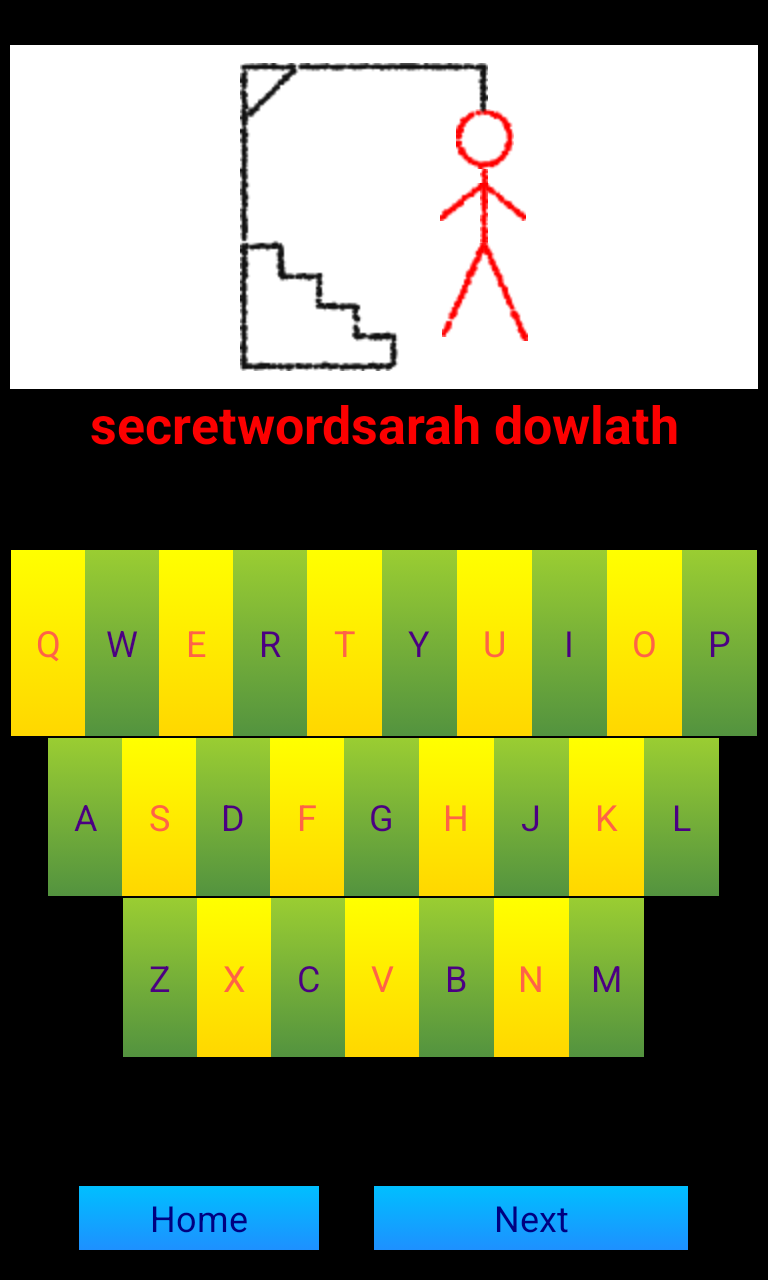
Repository: SarahDowlath/TriniHangman
Layout: workspace3/Trini-Hangman/res/layout/game.xml
An editor plug-in stored every save of this project. The layout is shown before and after the next save, followed by the edit.
It is drawn on a 768 x 1280 px phone screen (xhdpi) without system bars, with theme AppTheme; the app's code is not run.

Above is the layout before, as saved 2014-07-07 17:51:07.

### workspace3/Trini-Hangman/res/layout/game.xml
<LinearLayout xmlns:android="http://schemas.android.com/apk/res/android"
    xmlns:tools="http://schemas.android.com/tools"
    android:id="@+id/LinearLayoutFinal"
    android:layout_width="fill_parent"
    android:layout_height="wrap_content"
    android:layout_gravity="bottom"
    android:layout_marginBottom="0dp"
    android:background="#FF000000"
    android:gravity="center"
    android:orientation="vertical"
    android:padding="5dp"
    android:paddingBottom="@dimen/activity_vertical_margin"
    android:paddingLeft="@dimen/activity_horizontal_margin"
    android:paddingRight="@dimen/activity_horizontal_margin"
    android:paddingTop="@dimen/activity_vertical_margin" >


    <TextView
        android:id="@+id/textLevel"
        android:layout_weight = "0.5"
        android:layout_height="2dp"
        android:layout_width="fill_parent"
        android:gravity="center"
        android:text=""
        android:textSize = "20sp"
        android:textColor = "#ffff"
        android:textStyle = "bold" />

    <RelativeLayout
        android:id="@+id/hangmanGallows"
        android:layout_width="match_parent"
        android:layout_height="172dp"
        android:background="#FFFFFF"
        android:gravity="center"
        android:visibility="visible" >

        <ImageView
            android:id="@+id/imageView2"
            android:layout_width="wrap_content"
            android:layout_height="wrap_content"
            android:contentDescription="@string/gallows"
            android:paddingLeft="0dp"
            android:paddingTop="0dp"
            android:src="@drawable/android_hangman_gallows" />



        <ImageView
            android:id="@+id/body"
            android:layout_width="wrap_content"
            android:layout_height="wrap_content"
            android:contentDescription="@string/body"
            android:paddingLeft="120dp"
            android:paddingTop="53dp"
            android:src="@drawable/android_hangman_body" />

        <ImageView
            android:id="@+id/arm1"
            android:layout_width="wrap_content"
            android:layout_height="wrap_content"
            android:contentDescription="@string/arm"
            android:paddingLeft="100dp"
            android:paddingTop="60dp"
            android:src="@drawable/android_hangman_arm1" />

        <ImageView
            android:id="@+id/arm2"
            android:layout_width="wrap_content"
            android:layout_height="wrap_content"
            android:contentDescription="@string/arm"
            android:paddingLeft="120dp"
            android:paddingTop="60dp"
            android:src="@drawable/android_hangman_arm2" />

        <ImageView
            android:id="@+id/leg1"
            android:layout_width="wrap_content"
            android:layout_height="wrap_content"
            android:contentDescription="@string/leg"
            android:paddingLeft="101dp"
            android:paddingTop="90dp"
            android:src="@drawable/android_hangman_leg1" />

        <ImageView
            android:id="@+id/leg2"
            android:layout_width="wrap_content"
            android:layout_height="wrap_content"
            android:contentDescription="@string/leg"
            android:paddingLeft="121dp"
            android:paddingTop="90dp"
            android:src="@drawable/android_hangman_leg2" />

        <ImageView
            android:id="@+id/head"
            android:layout_width="wrap_content"
            android:layout_height="wrap_content"
            android:layout_alignLeft="@+id/imageView2"
            android:layout_alignTop="@+id/imageView2"
            android:layout_weight="1"
            android:contentDescription="@string/head"
            android:paddingLeft="108dp"
            android:paddingTop="23dp"
            android:src="@drawable/android_hangman_head" />

    </RelativeLayout>

    <LinearLayout
        android:id="@+id/secretWord"
        android:layout_width="400sp"
        android:layout_height="80sp" >

        <TextView
            android:id="@+id/secretWord"
            android:layout_width="fill_parent"
            android:layout_height="wrap_content"
            android:gravity="center"
            android:text="secretwordsarah dowlath"
            android:textColor="#FC0000"
            android:textSize="26sp"
            android:textStyle="bold" />
    </LinearLayout>

         <LinearLayout
             android:id="@+id/letterLayout1"
             android:layout_width="match_parent"
             android:layout_height="wrap_content"
             android:layout_weight="1.45"
             android:gravity="center_horizontal"
             android:orientation="horizontal"
             android:padding="0.5dp"
             android:textSize="22sp"
             android:weightSum="10" >

        <Button
            android:id="@+id/buttonQ"
            android:layout_width="0dp"
            android:layout_height="fill_parent"
            android:layout_weight="1"
            android:background="@drawable/buttonletterstyle"
            android:onClick="clickLetter"
            android:text="@string/button_letter_q"
            android:textColor="@drawable/lettercolor" />


         <Button
            android:id="@+id/buttonW"
            android:layout_weight="1"
            android:layout_height="fill_parent"
            android:layout_width="0dp"
            android:onClick="clickLetter"
            android:text="@string/button_letter_w"
            android:background="@drawable/buttonletterstyle1"
            android:textColor = "@drawable/lettercolor1"
         />


         <Button
            android:id="@+id/buttonE"
            android:layout_weight="1"
            android:layout_height="fill_parent"
            android:layout_width="0dp"
            android:onClick="clickLetter"
            android:text="@string/button_letter_e"
            android:background="@drawable/buttonletterstyle"
            android:textColor = "@drawable/lettercolor"
         />

         <Button
            android:id="@+id/buttonR"
            android:layout_weight="1"
            android:layout_height="fill_parent"
            android:layout_width="0dp"
            android:onClick="clickLetter"
            android:text="@string/button_letter_r"
            android:background="@drawable/buttonletterstyle1"
            android:textColor = "@drawable/lettercolor1"
         />

         <Button
            android:id="@+id/buttonT"
            android:layout_weight="1"
            android:layout_height="fill_parent"
            android:layout_width="0dp"
            android:onClick="clickLetter"
            android:text="@string/button_letter_t"
            android:background="@drawable/buttonletterstyle"
            android:textColor = "@drawable/lettercolor"
         />

         <Button
            android:id="@+id/buttonY"
            android:layout_weight="1"
            android:layout_height="fill_parent"
            android:layout_width="0dp"
            android:onClick="clickLetter"
            android:text="@string/button_letter_y"
            android:background="@drawable/buttonletterstyle1"
            android:textColor = "@drawable/lettercolor1"
         />

         <Button
            android:id="@+id/buttonU"
            android:layout_weight="1"
            android:layout_height="fill_parent"
            android:layout_width="0dp"
            android:onClick="clickLetter"
            android:text="@string/button_letter_u"
            android:background="@drawable/buttonletterstyle"
            android:textColor = "@drawable/lettercolor"
         />


         <Button
            android:id="@+id/buttonI"
            android:layout_weight="1"
            android:layout_height="fill_parent"
            android:layout_width="0dp"
            android:onClick="clickLetter"
            android:text="@string/button_letter_i"
            android:background="@drawable/buttonletterstyle1"
            android:textColor = "@drawable/lettercolor1"
         />


         <Button
            android:id="@+id/buttonO"
            android:layout_weight="1"
            android:layout_height="fill_parent"
            android:layout_width="0dp"
            android:onClick="clickLetter"
            android:text="@string/button_letter_o"
            android:background="@drawable/buttonletterstyle"
            android:textColor = "@drawable/lettercolor"
         />

         <Button
            android:id="@+id/buttonP"
            android:layout_weight="1"
            android:layout_height="fill_parent"
            android:layout_width="0dp"
            android:onClick="clickLetter"
            android:text="@string/button_letter_p"
            android:background="@drawable/buttonletterstyle1"
            android:textColor = "@drawable/lettercolor1"
         />
    </LinearLayout>

    <LinearLayout
        android:id="@+id/letterLayout2"
        android:layout_width="fill_parent"
        android:layout_height="wrap_content"
        android:layout_weight="1"
        android:gravity="center_horizontal"
        android:orientation="horizontal"
        android:padding="0.5dp"
        android:textSize="22sp"
        android:weightSum="10" >

        <Button
            android:id="@+id/buttonA"
            android:layout_weight="1"
            android:layout_height="fill_parent"
            android:layout_width="0dp"
            android:onClick="clickLetter"
            android:text="@string/button_letter_a"
            android:background="@drawable/buttonletterstyle1"
            android:textColor = "@drawable/lettercolor1"
         />

         <Button
             android:id="@+id/buttonS"
             android:layout_width="0dp"
             android:layout_height="fill_parent"
             android:layout_weight="1"
             android:background="@drawable/buttonletterstyle"
             android:onClick="clickLetter"
             android:text="@string/button_letter_s"
             android:textColor="@drawable/lettercolor" />

         <Button
            android:id="@+id/buttonD"
            android:layout_weight="1"
            android:layout_height="fill_parent"
            android:layout_width="0dp"
            android:onClick="clickLetter"
            android:text="@string/button_letter_d"
            android:background="@drawable/buttonletterstyle1"
            android:textColor = "@drawable/lettercolor1"
         />

         <Button
            android:id="@+id/buttonF"
            android:layout_weight="1"
            android:layout_height="fill_parent"
            android:layout_width="0dp"
            android:onClick="clickLetter"
            android:text="@string/button_letter_f"
            android:background="@drawable/buttonletterstyle"
            android:textColor = "@drawable/lettercolor"
         />

         <Button
            android:id="@+id/buttonG"
            android:layout_weight="1"
            android:layout_height="fill_parent"
            android:layout_width="0dp"
            android:onClick="clickLetter"
            android:text="@string/button_letter_g"
            android:background="@drawable/buttonletterstyle1"
            android:textColor = "@drawable/lettercolor1"
         />

         <Button
            android:id="@+id/buttonH"
            android:layout_weight="1"
            android:layout_height="fill_parent"
            android:layout_width="0dp"
            android:onClick="clickLetter"
            android:text="@string/button_letter_h"
            android:background="@drawable/buttonletterstyle"
            android:textColor = "@drawable/lettercolor"
         />

         <Button
            android:id="@+id/buttonJ"
            android:layout_weight="1"
            android:layout_height="fill_parent"
            android:layout_width="0dp"
            android:onClick="clickLetter"
            android:text="@string/button_letter_j"
            android:background="@drawable/buttonletterstyle1"
            android:textColor = "@drawable/lettercolor1"
         />

         <Button
            android:id="@+id/buttonK"
            android:layout_weight="1"
            android:layout_height="fill_parent"
            android:layout_width="0dp"
            android:onClick="clickLetter"
            android:text="@string/button_letter_k"
            android:background="@drawable/buttonletterstyle"
            android:textColor = "@drawable/lettercolor"
         />

         <Button
            android:id="@+id/buttonL"
            android:layout_weight="1"
            android:layout_height="fill_parent"
            android:layout_width="0dp"
            android:onClick="clickLetter"
            android:text="@string/button_letter_l"
            android:background="@drawable/buttonletterstyle1"
            android:textColor = "@drawable/lettercolor1"
         />
    </LinearLayout>

    <LinearLayout
        android:id="@+id/letterLayout3"
        android:layout_width="fill_parent"
        android:layout_height="wrap_content"
        android:layout_weight="1"
        android:gravity="center_horizontal"
        android:orientation="horizontal"
        android:padding="0.5dp"
        android:textSize="22sp"
        android:weightSum="10" >

        <Button
            android:id="@+id/buttonZ"
            android:layout_weight="1"
            android:layout_height="fill_parent"
            android:layout_width="0dp"
            android:onClick="clickLetter"
            android:text="@string/button_letter_z"
            android:background="@drawable/buttonletterstyle1"
            android:textColor = "@drawable/lettercolor1"
         />
         <Button
            android:id="@+id/buttonX"
            android:layout_weight="1"
            android:layout_height="fill_parent"
            android:layout_width="0dp"
            android:onClick="clickLetter"
            android:text="@string/button_letter_x"
            android:background="@drawable/buttonletterstyle"
            android:textColor = "@drawable/lettercolor"
         />

         <Button
            android:id="@+id/buttonC"
            android:layout_weight="1"
            android:layout_height="fill_parent"
            android:layout_width="0dp"
            android:onClick="clickLetter"
            android:text="@string/button_letter_c"
            android:background="@drawable/buttonletterstyle1"
            android:textColor = "@drawable/lettercolor1"
         />

         <Button
            android:id="@+id/buttonV"
            android:layout_weight="1"
            android:layout_height="fill_parent"
            android:layout_width="0dp"
            android:onClick="clickLetter"
            android:text="@string/button_letter_v"
            android:background="@drawable/buttonletterstyle"
            android:textColor = "@drawable/lettercolor"
         />

         <Button
            android:id="@+id/buttonB"
            android:layout_weight="1"
            android:layout_height="fill_parent"
            android:layout_width="0dp"
            android:onClick="clickLetter"
            android:text="@string/button_letter_b"
            android:background="@drawable/buttonletterstyle1"
            android:textColor = "@drawable/lettercolor1"
         />

         <Button
            android:id="@+id/buttonN"
            android:layout_weight="1"
            android:layout_height="fill_parent"
            android:layout_width="0dp"
            android:onClick="clickLetter"
            android:text="@string/button_letter_n"
            android:background="@drawable/buttonletterstyle"
            android:textColor = "@drawable/lettercolor"
         />

         <Button
            android:id="@+id/buttonM"
            android:layout_weight="1"
            android:layout_height="fill_parent"
            android:layout_width="0dp"
            android:onClick="clickLetter"
            android:text="@string/button_letter_m"
            android:background="@drawable/buttonletterstyle1"
            android:textColor = "@drawable/lettercolor1"
         />

    </LinearLayout>

    <LinearLayout
        android:id="@+id/FinalLayout"
        android:layout_width="match_parent"
        android:layout_height="80dp"
        android:layout_marginBottom="2dp"
        android:layout_weight="0.75"
        android:gravity="center_horizontal"
        android:orientation="horizontal"
        android:padding="2dp"
        android:textSize="14sp"
        android:weightSum="7" >

        <Button
            android:id="@+id/buttonHome"
            android:layout_width="120dp"
            android:layout_height="32dp"
            android:layout_gravity="bottom"
            android:layout_marginBottom="3dp"
            android:background="@drawable/buttonnextonestyle"
            android:onClick="goHome"
            android:text="@string/button_go_home"
            android:textColor="@drawable/nextonecolor" />

        <TextView
            android:layout_width="0dp"
            android:layout_height="0dp"
            android:layout_weight="1.5" />

        <Button
            android:id="@+id/buttonNext"
            android:layout_width="120dp"
            android:layout_height="32dp"
            android:layout_gravity="bottom"
            android:layout_marginBottom="3dp"
            android:layout_weight="2"
            android:background="@drawable/buttonnextonestyle"
            android:onClick="nextOne"
            android:text="@string/button_next"
            android:textColor="@drawable/nextonecolor" />

    </LinearLayout>

</LinearLayout>

### workspace3/Trini-Hangman/res/drawable/buttonletterstyle.xml
<?xml version="1.0" encoding="utf-8"?>
<selector xmlns:android="http://schemas.android.com/apk/res/android">
    <item android:state_pressed="true" >
        <shape>
            <solid
                android:color="#FFD700"/>
        </shape>
    </item> <!-- pressed -->
    <item android:state_enabled="false" >
        <shape>
            <solid
                android:color= "#708090"/>
        </shape>
    </item> <!-- disabled -->
    <item>
        <shape>
            <gradient
                android:startColor="#FFFF00"
                android:endColor="#FFD700"
                android:angle="270" />
        </shape>
    </item> <!-- default -->
</selector>

### workspace3/Trini-Hangman/res/drawable/lettercolor.xml
<?xml version="1.0" encoding="utf-8"?>
<selector xmlns:android="http://schemas.android.com/apk/res/android">
    <item android:state_pressed="true" android:color = "#FFFC0000" /> <!-- pressed -->
    <item android:state_enabled="false" android:color="#FFC0C0C0" />
    <item android:color="#FFFF6347"/>
</selector>

### workspace3/Trini-Hangman/res/drawable/buttonletterstyle1.xml
<?xml version="1.0" encoding="utf-8"?>
<selector xmlns:android="http://schemas.android.com/apk/res/android">
    <item android:state_pressed="true" >
        <shape>
            <solid
                android:color="#53933f"/>
        </shape>
    </item> <!-- pressed -->
    <item android:state_enabled="false" >
        <shape>
            <solid
                android:color= "#708090"/>
        </shape>
    </item> <!-- disabled -->
    <item>
        <shape>
            <gradient
                android:startColor="#9ACD32"
                android:endColor="#53933f"
                android:angle="270" />
        </shape>
    </item> <!-- default -->
</selector>

### workspace3/Trini-Hangman/res/drawable/lettercolor1.xml
<?xml version="1.0" encoding="utf-8"?>
<selector xmlns:android="http://schemas.android.com/apk/res/android">
    <item android:state_pressed="true" android:color = "#FFFC0000" /> <!-- pressed -->
    <item android:state_enabled="false" android:color="#FFC0C0C0" />
    <item android:color="#FF4B0082"/>
</selector>

### workspace3/Trini-Hangman/res/drawable/buttonnextonestyle.xml
<?xml version="1.0" encoding="utf-8"?>
<selector xmlns:android="http://schemas.android.com/apk/res/android">
    <item android:state_pressed="true" >
        <shape>
            <solid
                android:color="#1E90FF"/>
        </shape>
    </item> <!-- pressed -->
    <item android:state_enabled="false" >
        <shape>
            <solid
                android:color= "#708090"/>
        </shape>
    </item> <!-- disabled -->
    <item>
        <shape>
            <gradient
                android:startColor= "#00BFFF"
                android:endColor="#1E90FF"
                android:angle="270" />
        </shape>
    </item> <!-- default -->
</selector>

### workspace3/Trini-Hangman/res/drawable/nextonecolor.xml
<?xml version="1.0" encoding="utf-8"?>
<selector xmlns:android="http://schemas.android.com/apk/res/android">
    <item android:state_pressed="true" android:color = "#FFF0F8FF" /> <!-- pressed -->
    <item android:state_enabled="false" android:color="#FFC0C0C0" />
    <item android:color="#FF000080"	/>
</selector>

Loaded but not shown: workspace3/Trini-Hangman/res/values/styles.xml (common file); workspace3/Trini-Hangman/res/values-v11/styles.xml (common file); workspace3/Trini-Hangman/res/values-v14/styles.xml (common file); workspace3/Trini-Hangman/res/values/dimens.xml (common file); workspace3/Trini-Hangman/res/values-w820dp/dimens.xml (common file); workspace3/Trini-Hangman/res/values/strings.xml (66 lines, source omitted)

After the next save:
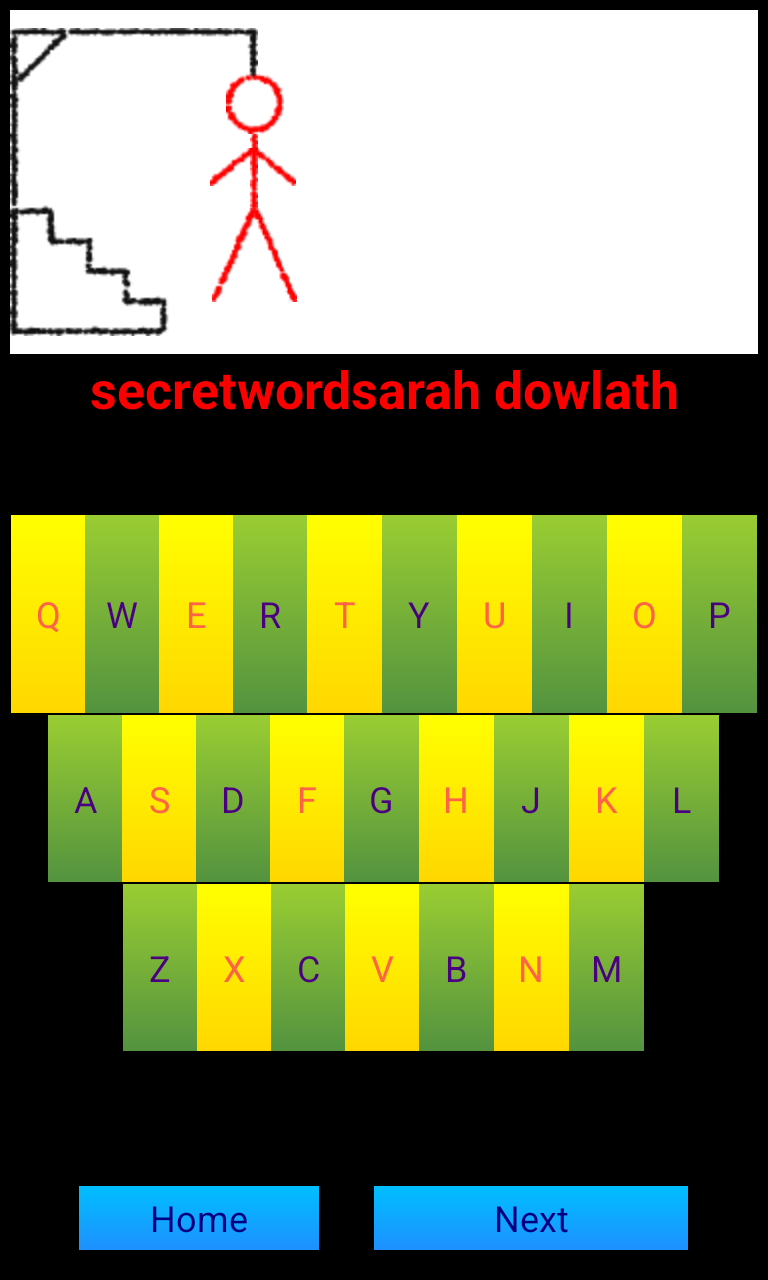
Saved 2 min 45 s later.
--- a/workspace3/Trini-Hangman/res/layout/game.xml
+++ b/workspace3/Trini-Hangman/res/layout/game.xml
@@ -15,16 +15,6 @@
     android:paddingTop="@dimen/activity_vertical_margin" >
 
 
-    <TextView
-        android:id="@+id/textLevel"
-        android:layout_weight = "0.5"
-        android:layout_height="2dp"
-        android:layout_width="fill_parent"
-        android:gravity="center"
-        android:text=""
-        android:textSize = "20sp"
-        android:textColor = "#ffff"
-        android:textStyle = "bold" />
 
     <RelativeLayout
         android:id="@+id/hangmanGallows"
@@ -34,6 +24,18 @@
         android:gravity="center"
         android:visibility="visible" >
 
+
+    <TextView
+        android:id="@+id/textLevel"
+        android:layout_weight = "0.5"
+        android:layout_height="0dp"
+        android:layout_width="fill_parent"
+        android:gravity="center"
+        android:text=""
+        android:textSize = "20sp"
+        android:textColor = "#ffff"
+        android:textStyle = "bold" />
+
         <ImageView
             android:id="@+id/imageView2"
             android:layout_width="wrap_content"
@@ -82,25 +84,27 @@
             android:src="@drawable/android_hangman_leg1" />
 
         <ImageView
+            android:id="@+id/head"
+            android:layout_width="wrap_content"
+            android:layout_height="wrap_content"
+            android:layout_alignLeft="@+id/imageView2"
+            android:layout_alignTop="@+id/imageView2"
+            android:layout_weight="1"
+            android:contentDescription="@string/head"
+            android:paddingLeft="108dp"
+            android:paddingTop="23dp"
+            android:src="@drawable/android_hangman_head" />
+
+        <ImageView
             android:id="@+id/leg2"
             android:layout_width="wrap_content"
             android:layout_height="wrap_content"
+            android:layout_alignBottom="@+id/leg1"
+            android:layout_alignParentLeft="true"
             android:contentDescription="@string/leg"
             android:paddingLeft="121dp"
             android:paddingTop="90dp"
             android:src="@drawable/android_hangman_leg2" />
-
-        <ImageView
-            android:id="@+id/head"
-            android:layout_width="wrap_content"
-            android:layout_height="wrap_content"
-            android:layout_alignLeft="@+id/imageView2"
-            android:layout_alignTop="@+id/imageView2"
-            android:layout_weight="1"
-            android:contentDescription="@string/head"
-            android:paddingLeft="108dp"
-            android:paddingTop="23dp"
-            android:src="@drawable/android_hangman_head" />
 
     </RelativeLayout>
 
